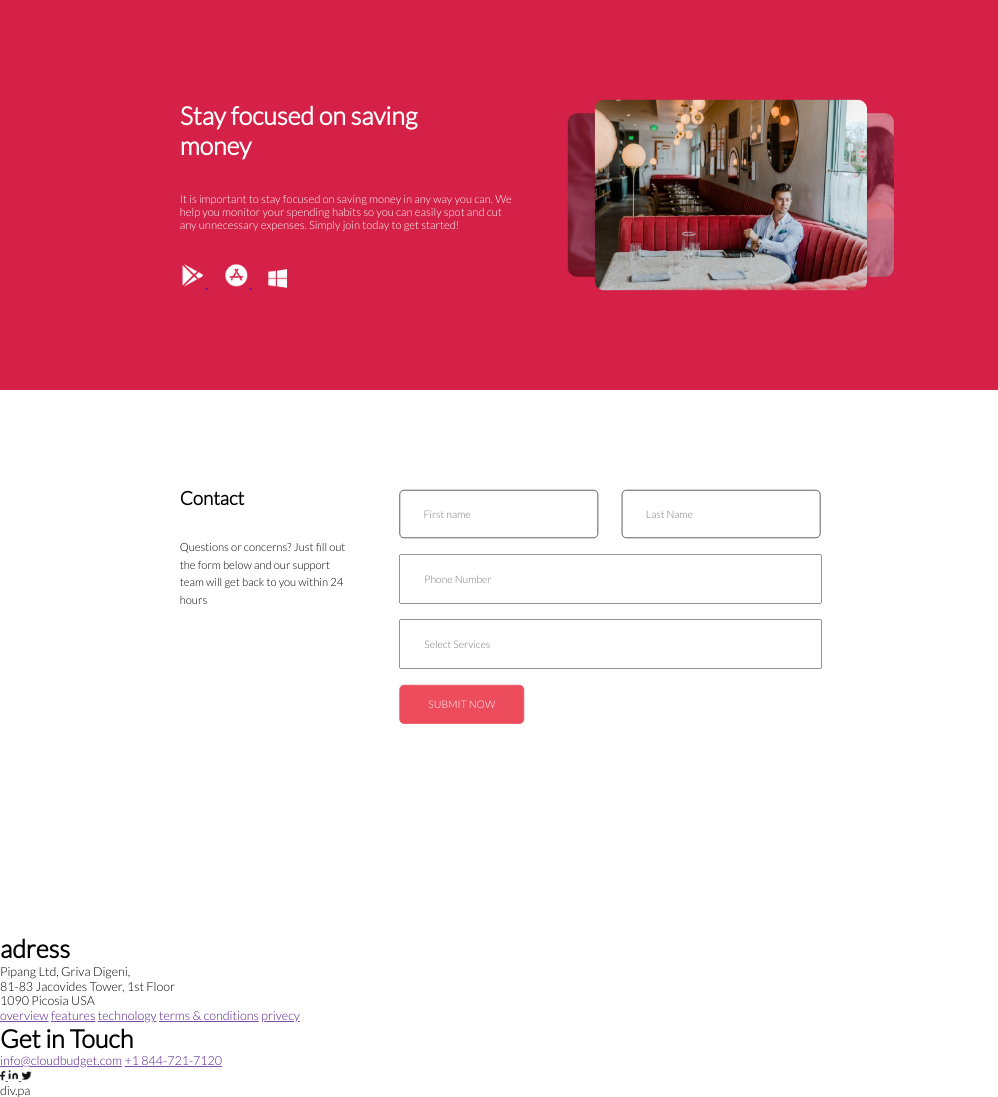
Repository: batonAnton/Cursor_lecture4
Page: index.html
An editor plug-in stored every save of this project. The page is shown before and after the next save, followed by the edit.
The browser window is 1280 px wide. The pictures show the whole page, at 78% of full size.

Above is the page before, as saved 2022-06-09 14:54:16.

### index.html
<!DOCTYPE html>
<html lang="en">
<head>
    <meta charset="UTF-8">
    <meta http-equiv="X-UA-Compatible" content="IE=edge">
    <meta name="viewport" content="width=device-width, initial-scale=1.0">
    <title>CloudBudget Freebie</title>
    <link rel="preconnect" href="https://fonts.googleapis.com">
    <link rel="preconnect" href="https://fonts.gstatic.com" crossorigin>
    <link href="https://fonts.googleapis.com/css2?family=Lato:wght@300&display=swap" rel="stylesheet">
    <link rel="stylesheet" href="css/style.css">
</head>
<body>
    <header>
        <div class="info-box">
            <h1>Stay focused on saving <br> money</h1>
            <p>It is important to stay focused on saving money in any way you can. We <br> help you monitor your spending habits so you can easily spot and cut <br> any unnecessary expenses. Simply join today to get started!</p>

            <div class="link_source">
                <a href="https://play.google.com/store/games?hl=uk&gl=US">
                    <img src="/image/icon/google_play.png" alt="icon-google">
                </a>
                <a href="https://www.apple.com/ua/app-store/">
                    <img src="/image/icon/apstore.png" alt="icon-apstore">
                </a>
                <a href="https://www.microsoft.com/uk-ua/software-download/windows10">
                    <img src="/image/icon/windows.png" alt="icon-windows">
                </a>
            </div>
        </div>

        <div class="big_img"></div>
    </header>

    <section>
        <div class="info-box">
            <h1>Contact</h1>
            <p>Questions or concerns? Just fill out the form below and our support <br> team will get back to you within 24 hours</p>
        </div>

        <div class="input-fields">
            <form>
                <div>
                    <input type="text" id="fname" placeholder="First name" name="fname">
                    <input type="text" id="lname" placeholder="Last Name" name="lname">
                </div>

                <input type="number" name="" id="number" placeholder="Phone Number">
                <input list="browsers" id="dropdown" placeholder="Select Services" name="service"> <br>
                <datalist id="browsers">
                    <option value="Service1">
                    <option value="Service2">
                    <option value="Service3">
                    <option value="Service4">
                    <option value="Service5">
                </datalist>
                <button>submit now</button>
              </form>
        </div>
    </section>

    <footer>
        <div class="all-block">
            <div class="adress-block">
                <h1>adress</h1>
                <p>
                    Pipang Ltd, Griva Digeni,<br>
                    81-83 Jacovides Tower, 1st Floor <br>
                    1090 Picosia USA
                </p>
            </div>

            <div class="services">
                <a href="">overview</a>
                <a href="">features</a>
                <a href="">technology</a>
                <a href="">terms & conditions</a>
                <a href="">privecy</a>
            </div>

            <div class="link-social">
                <h1>Get in Touch</h1>
                <a href="">info@cloudbudget.com</a>
                <a href="">+1 844-721-7120</a>

                <div>
                    <a href="">
                        <img src="/image/footer/facebook.png" alt="facebook-link">
                    </a>

                    <a href="">
                        <img src="/image/footer/feather-linkedin.png" alt="linkdn">
                    </a>

                    <a href="">
                        <img src="/image/footer/tweeter.png" alt="tweeter-img">
                    </a>
                </div>
            </div>

            div.pa
        </div>

    </footer>
</body>
</html>

### css/style.css
* {
  font-family: "Lato", sans-serif;
  font-weight: 400;
  margin: 0;
  padding: 0;
  box-sizing: border-box;
}

h1{
  font-weight: 600;
}

header {
  width: 100%;
  height: 20%;
  padding: 10%;
  color: #ffffff;
  display: inline-flex;
  background-color: #d52047;
}

.info-box {
  width: 80%;
  margin-left: 10%;
}

.info-box p {
  width: 90%;
  margin: 40px 0;
  font-size: 0.9rem;
}

.link_source a {
  margin-left: -19px;
  padding: 0 20px;
}

.big_img {
  background-image: url("/image/Photo.png");
  width: 70%;
  background-repeat: no-repeat;
  background-position: center;
  background-size: contain;
}

/* Section */
section {
  color: #000000;
  display: inline-flex;
  padding: 10%;
  width: 100%;
  margin-bottom: 120px;
}

section .info-box {
  width: 80%;
  color:
  #000000;
  line-height: 140%;
}

section .info-box h1{
  font-weight: 600;
}

#fname,
#lname {
  width: 255px;
  height: 60px;
  border: 1px solid #333333;
  border-radius: 6px;
}



.input-fields input {
  width: 95%;
  height: 60px;
  padding: 30px;
}

form div {
  display: inline-flex;
}
form input,
button {
  margin-left: 30px;
  margin-bottom: 20px;
  /* margin: 0px 0px 30px 10px; */
}


.input-fields {
  margin-right: 100px;
}

button {
  background-color: #ed4c5c;
  color: #ffffff;
  width: 160px;
  height: 50px;
  border: 1.5px solid #ed4c5c;
  border-radius: 6px;
  text-transform: uppercase;
}

After the next save:
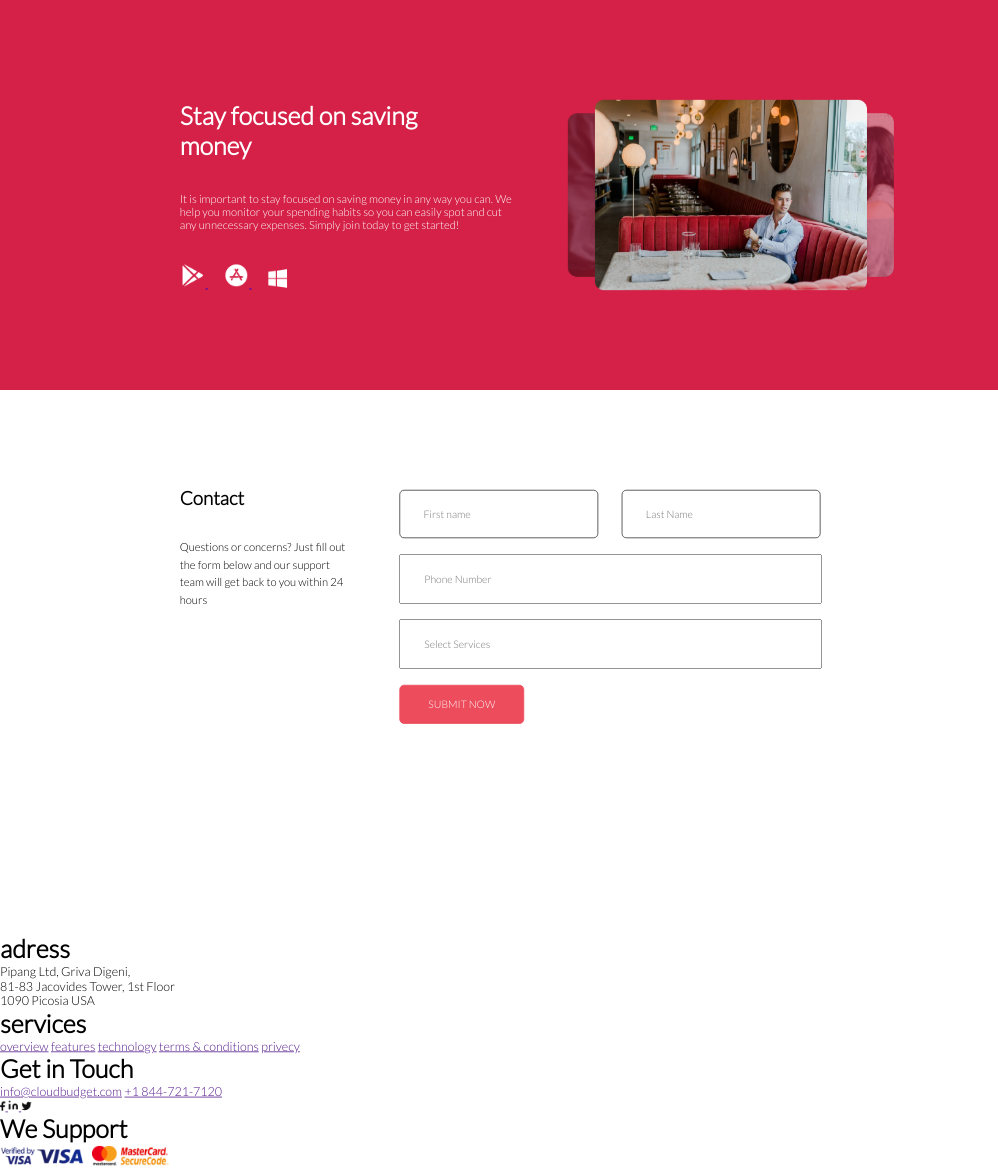
Saved 5 min 1 s later.
--- a/index.html
+++ b/index.html
@@ -71,6 +71,7 @@
             </div>
 
             <div class="services">
+                <h1>services</h1>
                 <a href="">overview</a>
                 <a href="">features</a>
                 <a href="">technology</a>
@@ -98,7 +99,10 @@
                 </div>
             </div>
 
-            div.pa
+            <div class="paymants">
+                <h1>We Support</h1>
+                <img src="/image/footer/secure-p-1 1.png" alt="img pay">
+            </div>
         </div>
 
     </footer>
